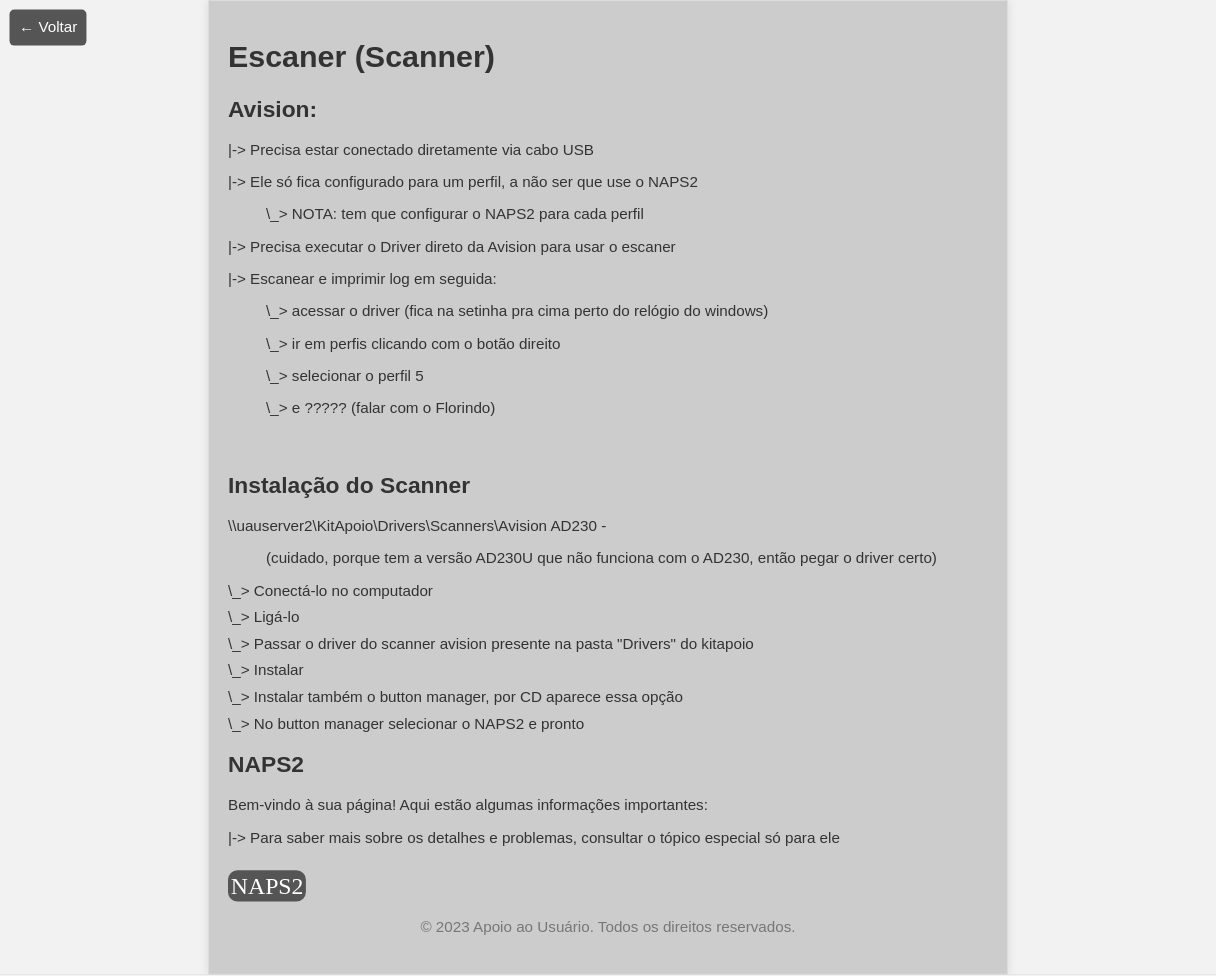
Repository: I4guito/dicasdez
Page: Dicas site/Dicas/scanner.html
An editor plug-in stored every save of this project. The page is shown before and after the next save, followed by the edit.
The browser window is 1280 px wide. The pictures show the whole page, at 95% of full size.

Above is the page before, as saved 2023-11-28 14:11:37.

### Dicas site/Dicas/scanner.html
<!DOCTYPE html>
<html lang="pt-br">
<head>
    <meta charset="UTF-8">
    <meta name="viewport" content="width=device-width, initial-scale=1.0">
    <link rel="stylesheet" href="padrao.css">
    <script src="/Dicas site/script.js"></script>
    <title>Scanner</title>
</head>
<body>
    <div class="container">
        <header>
        <a href="javascript:history.back()" class="voltar-btn">&#8592; Voltar</a>
            <h1>Escaner (Scanner)</h1>
        </header>
        <section>
            <h2>Avision:</h2>
            <p>|-> Precisa estar conectado diretamente via cabo USB</p>
            <p>|-> Ele só fica configurado para um perfil, a não ser que use o NAPS2</p>
            <ul>
                <li><blockquote> \_> NOTA: tem que configurar o NAPS2 para cada perfil</li>
            </ul>
            <p>|-> Precisa executar o Driver direto da Avision para usar o escaner</p>
            <p>|-> Escanear e imprimir log em seguida:</p>
            <blockquote>\_> acessar o driver (fica na setinha pra cima perto do relógio do windows)</blockquote>
            <blockquote>\_> ir em perfis clicando com o botão direito</blockquote>
            <blockquote>\_> selecionar o perfil 5</blockquote>
            <blockquote>\_> e ????? (falar com o Florindo)</blockquote>
            <p></p>

        </section><br>

        <section>
            <h2>Instalação do Scanner</h2>
            <p>\\uauserver2\KitApoio\Drivers\Scanners\Avision AD230 - <blockquote> (cuidado, porque tem a versão AD230U que não funciona com o AD230, então pegar o driver certo)</blockquote></p>
            <ul>
                <li>\_> Conectá-lo no computador</li>
                <li>\_> Ligá-lo</li>
                <li>\_> Passar o driver do scanner avision presente na pasta "Drivers" do kitapoio</li>
                <li>\_> Instalar</li>
                <li>\_> Instalar também o button manager, por CD aparece essa opção</li>
                <li>\_> No button manager selecionar o NAPS2 e pronto</li>

            </ul>
        </section>
        <section>
            <h2>NAPS2</h2>
            <p>Bem-vindo à sua página! Aqui estão algumas informações importantes:</p>
            <ul>
                <li>|-> Para saber mais sobre os detalhes e problemas, consultar o tópico especial só para ele</li><br>
                <a href="/Dicas site/impressoras/instalaçãoi.html" class="link-instrucoes">NAPS2</a>
            </ul>
        </section>

        <footer>
            <p>&copy; 2023 Apoio ao Usuário. Todos os direitos reservados.</p>
        </footer>
    </div>
</body>
</html>

### Dicas site/Dicas/padrao.css
body {
    font-family: 'Arial', sans-serif;
    margin: 0;
    padding: 0;
    background-color: #f2f2f2;
    color:#fff
}

.container {
    max-width: 800px;
    margin: 0 auto;
    background-color: #ccc;
    padding: 20px;
    box-shadow: 0 0 10px rgba(0, 0, 0, 0.1);
    border: 1px solid #ddd;
    color: #333;
}

header, section, footer {
    margin-bottom: 20px;
}

header h1, section h2 {
    color: #333;
}

ul {
    list-style: none;
    padding: 0;
}

li {
    margin-bottom: 10px;
}

footer {
    text-align: center;
    color: #777;
}

.voltar-btn {
    position: absolute;
    left: 10px;
    top: 10px;
    text-decoration: none;
    color: #fff;
    font-size: 16px;
    padding: 10px;
    background-color: #555;
    border: none;
    border-radius: 5px;
    cursor: pointer;
    transition: background-color 0.3s;
}

.voltar-btn:hover {
    background-color: #777;
}

img {

    margin-inline: 5cm;
    max-width: 100%;
    border-radius: 3%;
}

.link-instrucoes {
    font-family:cursive;
    width: 50px;
    left: 10px;
    text-decoration: none;
    color: #fff;
    font-size: 25px;
    padding: 3px;
    background-color: #555;
    border: none;
    border-radius: 10px;
    cursor: pointer;
    transition:  background-color 0.3s;
}

.link-instrucoes:hover {
    background-color:#777
}

### Dicas site/script.js
function filterItems() {
    var searchBar = document.getElementById('searchBar');
    var filter = searchBar.value.toUpperCase();

    var columns = document.getElementsByClassName('column');
    for (var i = 0; i < columns.length; i++) {
        var boxes = columns[i].getElementsByClassName('box');
        for (var j = 0; j < boxes.length; j++) {
            var item = boxes[j];
            var textValue = item.textContent || item.innerText;
            if (textValue.toUpperCase().indexOf(filter) > -1) {
                item.style.display = "";
            } else {
                item.style.display = "none";
            }
        }
    }
}

function openPage(pageName) {
    // Assuming all pages are in the same directory, you can modify the path as needed
    window.location.href = pageName + '.html';
}


    const isOpera = navigator.userAgent.indexOf("OPR") > -1;


    if (isOpera) {
      document.addEventListener("DOMContentLoaded", function () {
        document.querySelector(".container").style.backgroundColor = "#005c4b"; /* Azul claro para o Opera */
        document.querySelector(".container").style.color = "#333";
      });
    }

After the next save:
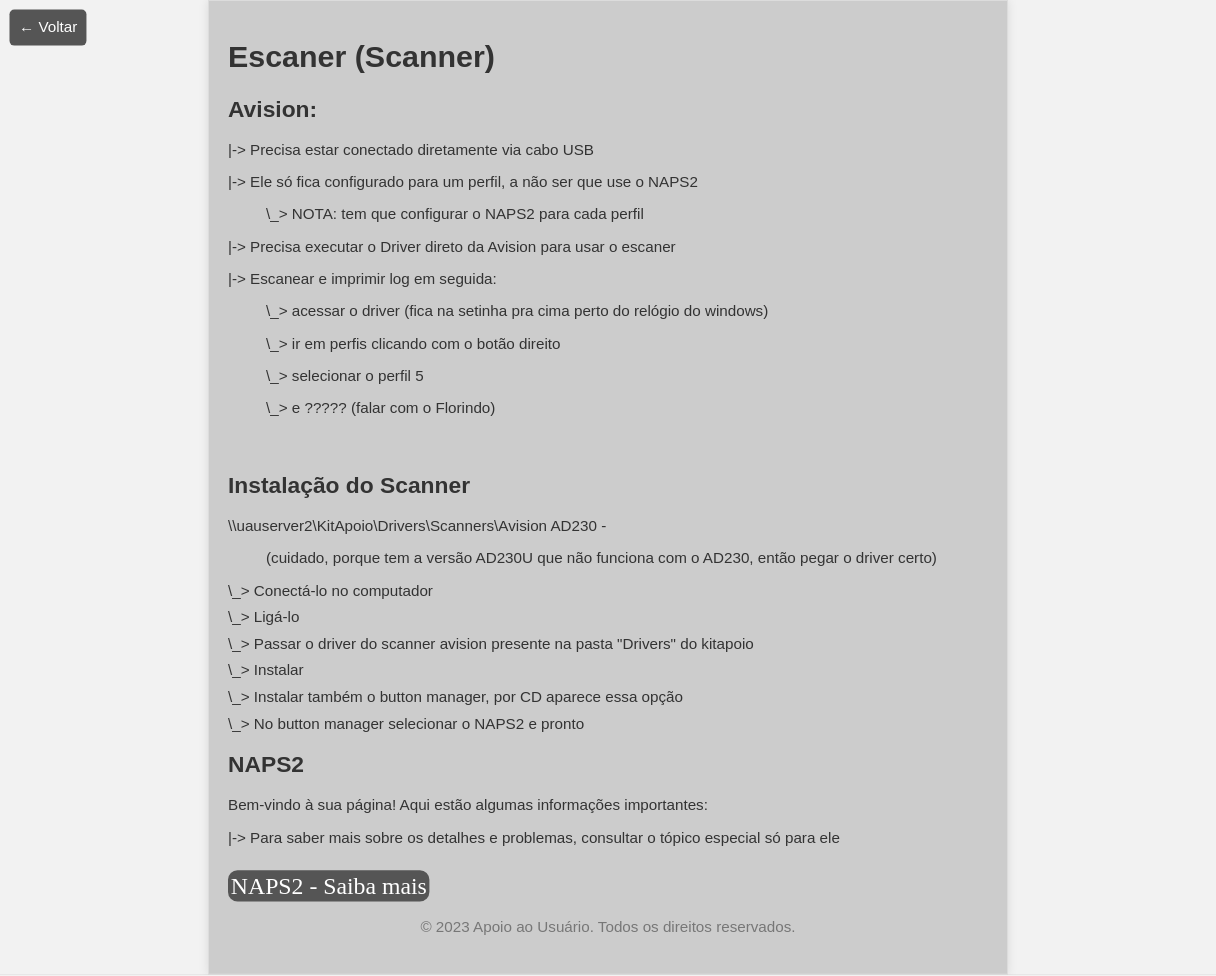
Saved 9 s later.
--- a/Dicas site/Dicas/scanner.html
+++ b/Dicas site/Dicas/scanner.html
@@ -48,7 +48,7 @@
             <p>Bem-vindo à sua página! Aqui estão algumas informações importantes:</p>
             <ul>
                 <li>|-> Para saber mais sobre os detalhes e problemas, consultar o tópico especial só para ele</li><br>
-                <a href="/Dicas site/impressoras/instalaçãoi.html" class="link-instrucoes">NAPS2</a>
+                <a href="/Dicas site/impressoras/instalaçãoi.html" class="link-instrucoes">NAPS2 - Saiba mais</a>
             </ul>
         </section>
 
